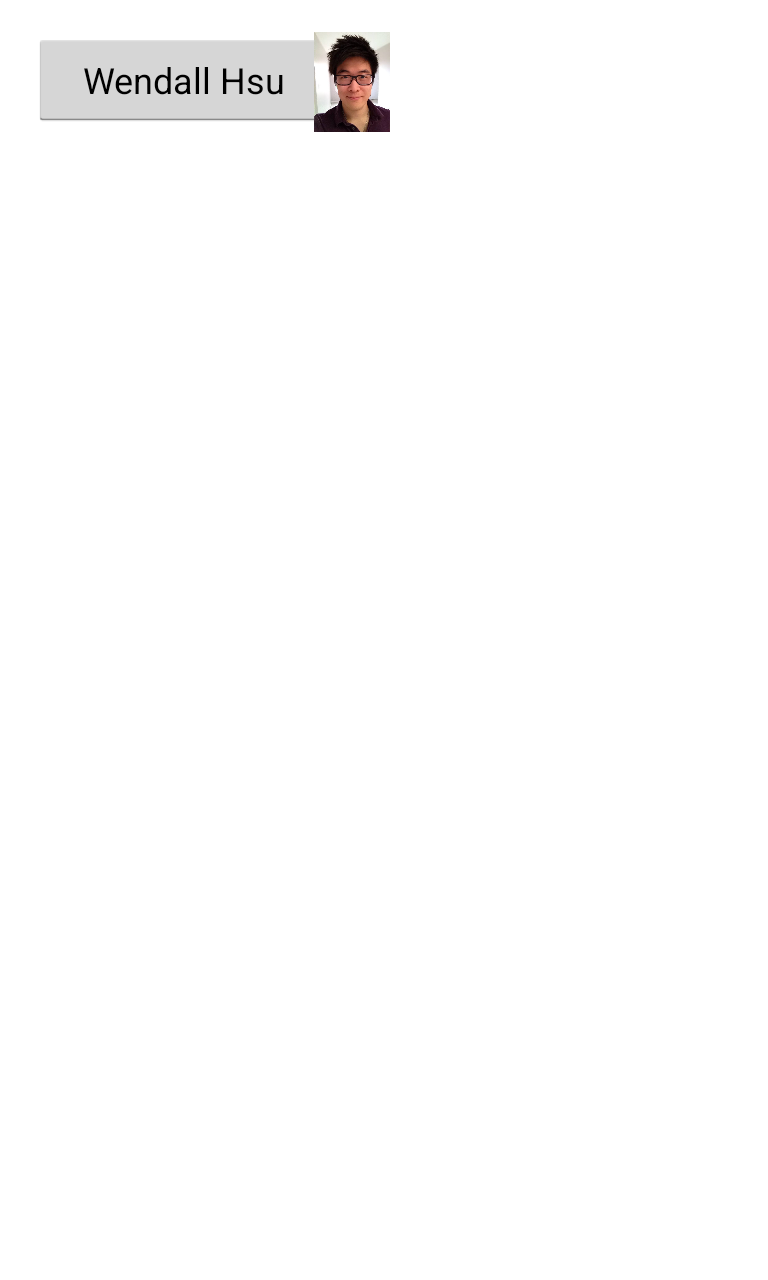
Repository: lethe13/AndroidProgramming
Layout: COMP304-Assignment2/res/layout/activity_main.xml
The author's editor kept a copy of each file at every save. The layout is drawn from the files as they stood at one save, then again after the next save.
It is drawn on a 768 x 1280 px phone screen (xhdpi) without system bars, with theme AppTheme; the app's code is not run.

Above is the layout before, as saved 2015-10-13 20:51:45.

### COMP304-Assignment2/res/layout/activity_main.xml
<RelativeLayout xmlns:android="http://schemas.android.com/apk/res/android"
    xmlns:tools="http://schemas.android.com/tools"
    android:layout_width="match_parent"
    android:layout_height="match_parent"
    android:paddingBottom="@dimen/activity_vertical_margin"
    android:paddingLeft="@dimen/activity_horizontal_margin"
    android:paddingRight="@dimen/activity_horizontal_margin"
    android:paddingTop="@dimen/activity_vertical_margin"
    tools:context="com.example.comp304_assignment2.MainActivity" >

    <Button
            android:id="@+id/button1"
            android:layout_width="152dp"
            android:layout_height="wrap_content"
            android:text="@string/st1" />

    <ImageView
        android:id="@+id/imageView1"
        android:layout_width="wrap_content"
        android:layout_height="100px"
        android:src="@drawable/wendall" />

</RelativeLayout>

### COMP304-Assignment2/res/values/strings.xml
<?xml version="1.0" encoding="utf-8"?>
<resources>

    <string name="app_name">COMP304-Assignment2</string>
    <string name="hello_world">Hello world!</string>
    <string name="action_settings">Settings</string>
    <string name="st1">Wendall Hsu</string>

</resources>

Loaded but not shown: COMP304-Assignment2/res/values/styles.xml (common file); COMP304-Assignment2/res/values-v11/styles.xml (common file); COMP304-Assignment2/res/values-v14/styles.xml (common file); COMP304-Assignment2/res/values/dimens.xml (common file); COMP304-Assignment2/res/values-w820dp/dimens.xml (common file)

After the next save:
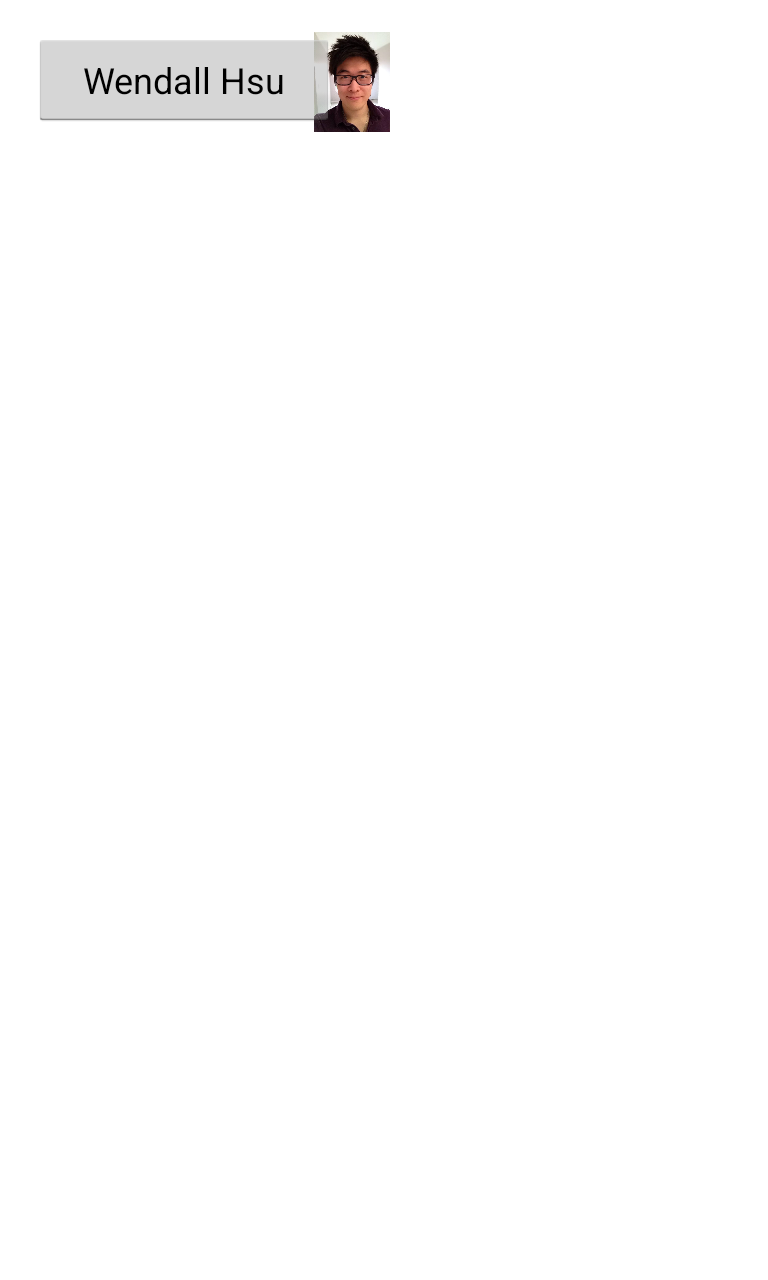
Saved 2 min 30 s later.
--- a/COMP304-Assignment2/res/layout/activity_main.xml
+++ b/COMP304-Assignment2/res/layout/activity_main.xml
@@ -8,16 +8,22 @@
     android:paddingTop="@dimen/activity_vertical_margin"
     tools:context="com.example.comp304_assignment2.MainActivity" >
 
-    <Button
-            android:id="@+id/button1"
-            android:layout_width="152dp"
-            android:layout_height="wrap_content"
-            android:text="@string/st1" />
+    <LinearLayout
+        android:id="@+id/layout1"
+        android:layout_width="wrap_content"
+        android:layout_height="wrap_content" >
 
-    <ImageView
-        android:id="@+id/imageView1"
-        android:layout_width="wrap_content"
-        android:layout_height="100px"
-        android:src="@drawable/wendall" />
+	    <ImageView
+	        android:id="@+id/imageView1"
+	        android:layout_width="wrap_content"
+	        android:layout_height="100px"
+	        android:src="@drawable/wendall" />
+	</LinearLayout>
+
+      <Button
+           android:id="@+id/button1"
+           android:layout_width="152dp"
+           android:layout_height="wrap_content"
+           android:text="@string/st1" />
 
 </RelativeLayout>
